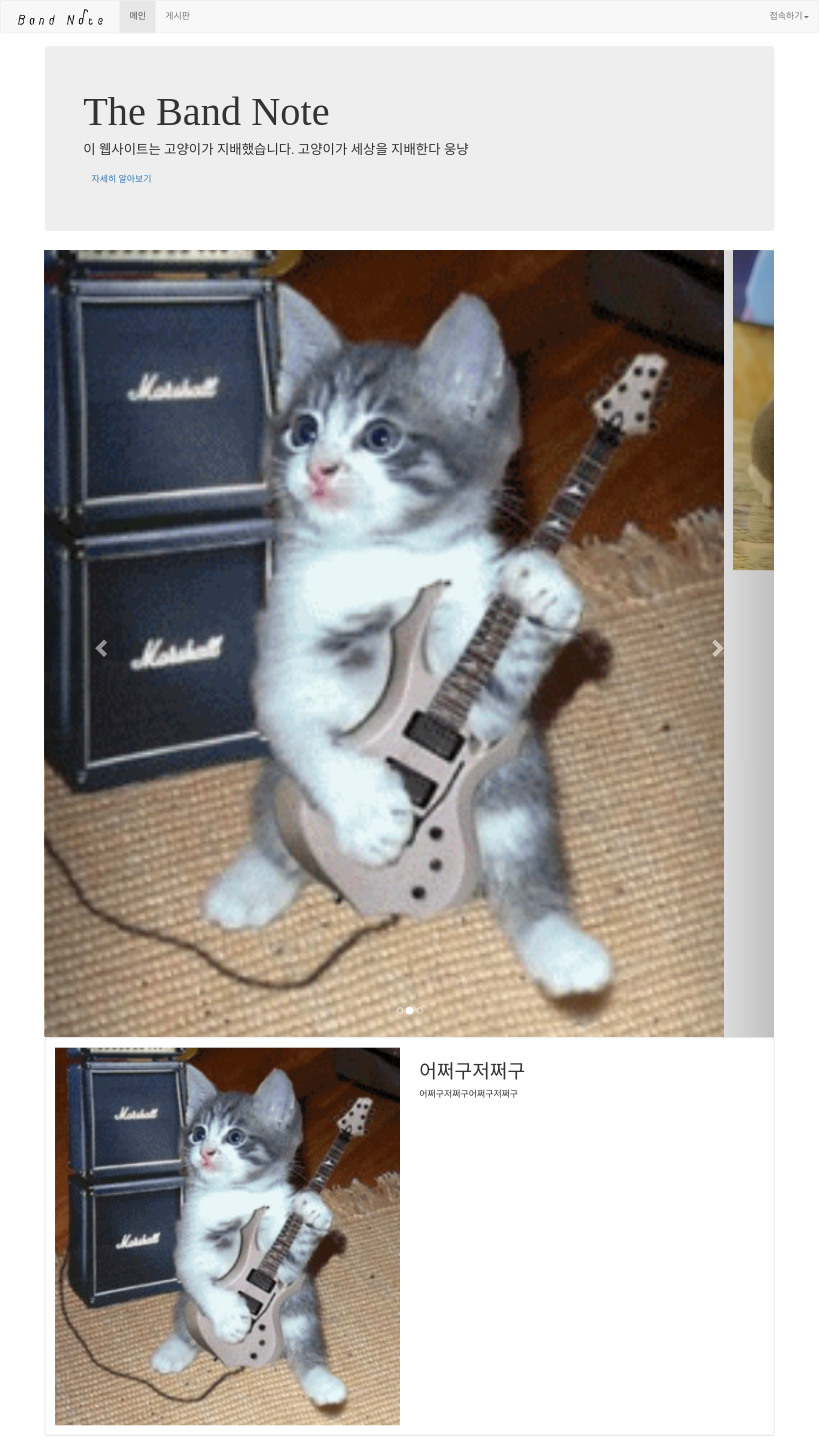
Repository: SweetFriedPotato/BandNote
Page: http://localhost/BBS/main.jsp
An editor plug-in stored every save of this project. The page is shown before and after the next save, followed by the edit.
The browser window is 1280 px wide. The pictures show the whole page, at 64% of full size.
Some web fonts or font styles are not loaded; a fallback is used. Some web libraries are served in a nearby version. The page is served by Tomcat 9. Other server files are loaded and not shown.

Above is the page before, as saved 2024-03-01 07:06:26.

### BBS/src/main/webapp/main.jsp
<%@ page language="java" contentType="text/html; charset=UTF-8"
    pageEncoding="UTF-8"%>
<%@ page import="java.io.PrintWriter" %>

<!DOCTYPE html>
<html>
<head>
<meta http-equiv="Content-Type" content="text/html; charset=UTF-8">
<meta name="viewport" content="width-device-width", initial-scale="1">
<link rel="stylesheet" href="css/bootstrap.css">
<link rel="stylesheet" href="css/custom.css">
<title>B A N D N O T E</title>
</head>
<body>
	<%
		String userID = null;
		if(session.getAttribute("userID") != null){
			userID = (String) session.getAttribute("userID");
		}
	%>

	<nav class="navbar navbar-default">
        <div class="navbar-header">
             <button type="button" class="navbar-toggle collapsed"
             data-toggle="collapse" data-target="#bs-example-navbar-collapse-1"
             aria-expanded="false">
             <span class="icon-bar"></span>
             <span class="icon-bar"></span>
             <span class="icon-bar"></span>
             </button>
             <a class="navbar-brand" href="main.jsp" style="height: 40px; margin-top: -5px;">
    			<img src="images/logo1.png" alt="BANDNOTE Logo" style="width: auto; height: 35px">
			</a>
        </div>

                <div class="collapse navbar-collapse" id="bs-example-navbar-collapse-1">
                	<ul class="nav navbar-nav">
                		<li class= "active"> <a href="main.jsp">메인</a></li>
                	    <li> <a href="bbs.jsp">게시판</a></li>
                	</ul>
                	<%
                		if(userID == null){
                	%>
                	<ul class="nav navbar-nav navbar-right">
						<li class="dropdown">
							<a href="#" class="dropdown-toggle"
								data-toggle="dropdown" role="button" aria-haspopup="true"
								aria-expanded="false">접속하기<span class="caret"></span></a>
							<ul class="dropdown-menu">
								<li><a href="login.jsp">로그인</a></li>
								<li><a href="join.jsp">회원가입</a></li>
							</ul>
						</li>
					</ul>
                	<%
                		}else{
                	%>
                	<ul class="nav navbar-nav navbar-right">
						<li class="dropdown">
							<a href="#" class="dropdown-toggle"
								data-toggle="dropdown" role="button" aria-haspopup="true"
								aria-expanded="false">회원관리<span class="caret"></span></a>
							<ul class="dropdown-menu">
								<li><a href="logoutAction.jsp">로그아웃</a></li>

							</ul>
						</li>
					</ul>
                	<%
                		}
                	%>

		</div>
	</nav>
	<div class="container">
		<div class="jumbotron">
			<h1>The Band Note</h1>
			<p>이 웹사이트는 고양이가 지배했습니다. 고양이가 세상을 지배한다 웅냥</p>
			<p><a class="btn btn=primary btn-pull" href="#" role="button">자세히 알아보기</a></p>
		</div>
	</div>

	<div class="container">
		<div id="myCarousel" class="carousel slide" data-ride="carousel">
			<ol class="carousel-indicators">
				<li data-target="#myCarousel" data-slide-to="1" class="active"></li>
				<li data-target="#myCarousel" data-slide-to="2"></li>
				<li data-target="#myCarousel" data-slide-to="3"></li>
			</ol>
			<div class="carousel-inner">
				<div class="item active">
					<img src="images/catGuitar.jpeg">
				</div>
				<div class="item">
					<img src="images/catGuitar2.png">
				</div>
				<div class="item">
					<img src="images/catGuitar3.jpeg">
				</div>
			</div>
			<a class="left carousel-control" href="#myCarousel" data-slide="prev">
				<span class="glyphicon glyphicon-chevron-left"></span>
			</a>
			<a class="right carousel-control" href="#myCarousel" data-slide="next">
				<span class="glyphicon glyphicon-chevron-right"></span>
			</a>
		</div>
	</div>


	<div class="container">
    <div class="row">
        <div class="col-sm-12">
            <div class="panel panel-default">
                <div class="panel-body">
                    <div class="row">
                        <div class="col-sm-6">
                            <img src="images/catGuitar.jpeg" class="img-responsive" alt="Cat with Guitar">
                        </div>
                        <div class="col-sm-6">
                            <h2>어쩌구저쩌구</h2>
                            <p>어쩌구저쩌구어쩌구저쩌구</p>
                        </div>
                    </div>
                </div>
            </div>
        </div>
    </div>
</div>

   <script src="https://code.jquery.com/jquery-3.1.1.min.js"></script>
   <script src="js/bootstrap.js"></script>

</body>
</html>

### BBS/src/main/webapp/css/custom.css
@import url(http://fonts.googleapis.com/earlyaccess/hanna.css);
@import url(http://fonts.googleapis.com/earlyaccess/nanumgothic.css);


*{
	font-family: 'Nanum Gothic';
}

h1{
	font-family:'Hanna';
}

Loaded but not shown: BBS/src/main/webapp/css/bootstrap.css (library); BBS/src/main/webapp/js/bootstrap.js (library)

After the next save:
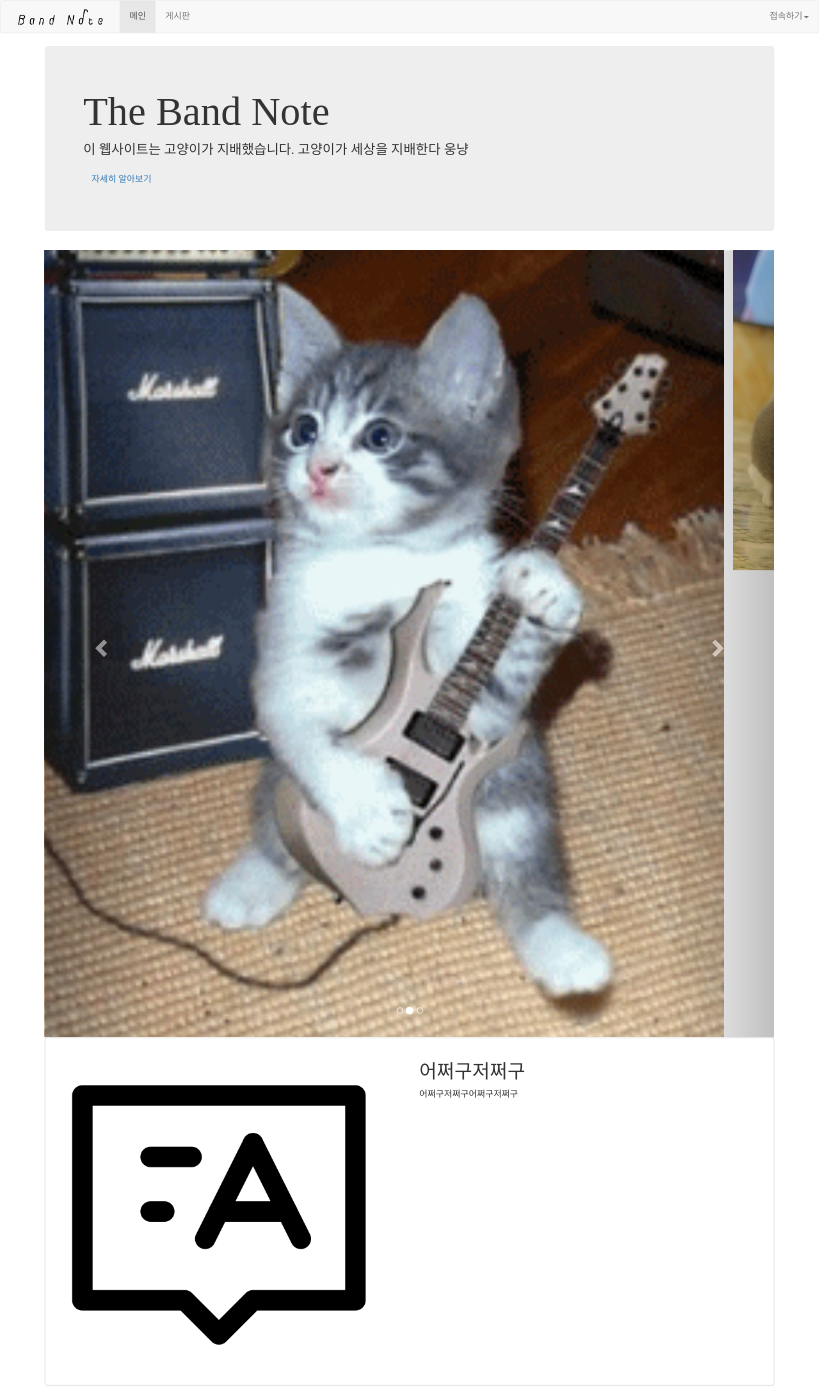
Saved 98 s later.
--- a/BBS/src/main/webapp/main.jsp
+++ b/BBS/src/main/webapp/main.jsp
@@ -115,7 +115,7 @@
                 <div class="panel-body">
                     <div class="row">
                         <div class="col-sm-6">
-                            <img src="images/catGuitar.jpeg" class="img-responsive" alt="Cat with Guitar">
+                            <img src="images/text.png" class="img-responsive" alt="Cat with Guitar">
                         </div>
                         <div class="col-sm-6">
                             <h2>어쩌구저쩌구</h2>
